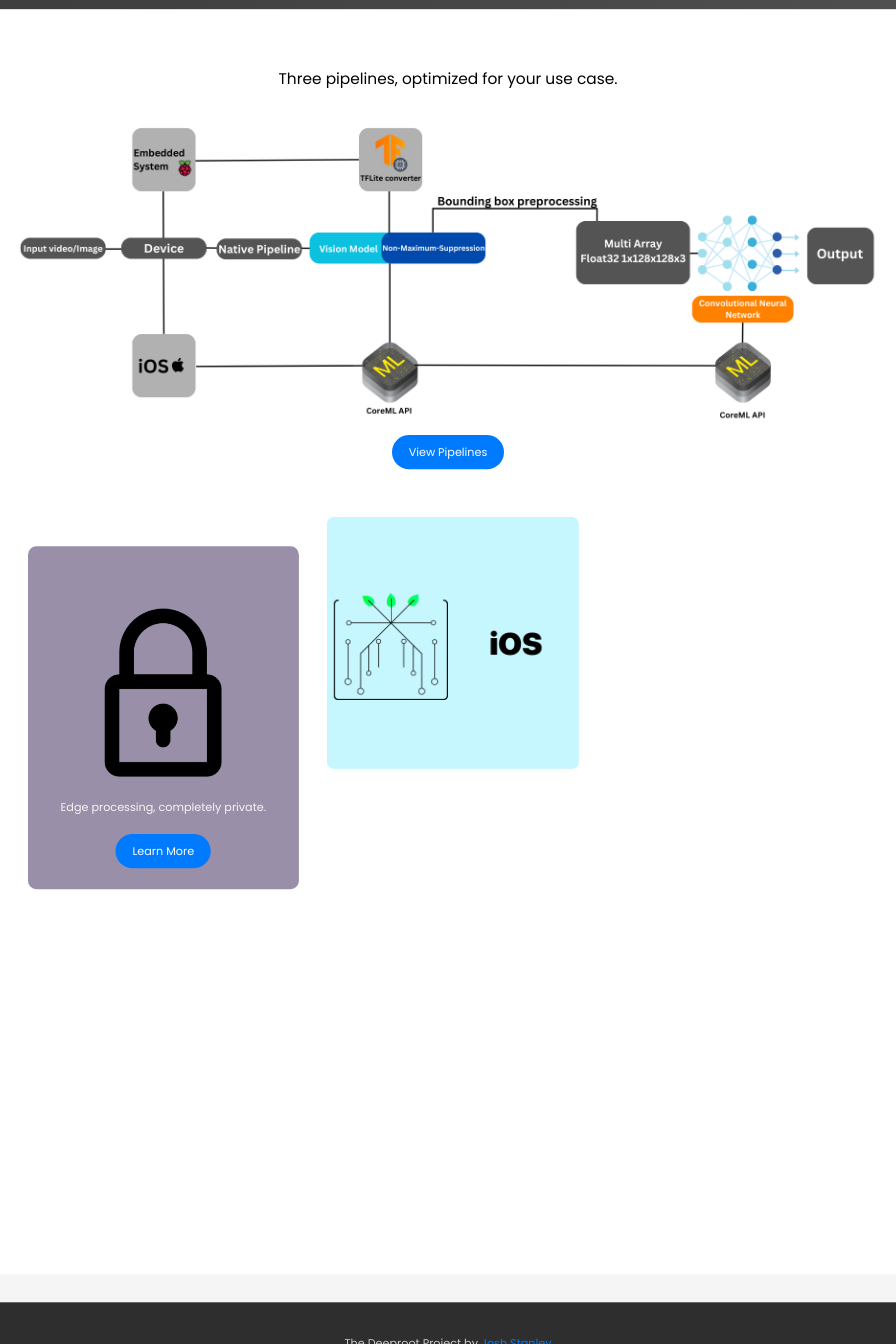
Repository: jss1118/The-Deeproot-Project
Page: Website/index.html
An editor plug-in stored every save of this project. The page is shown before and after the next save, followed by the edit.
The browser window is 1280 px wide. The pictures show the part of the page from y = 1169 to 3089 px (the page is 3212 px tall), at 70% of full size.

Above is the page before, as saved 2025-03-21 13:31:34.

### Website/index.html
<!DOCTYPE html>
<html lang="en">

<head>
  <meta charset="UTF-8">
  <meta name="viewport" content="width=device-width, initial-scale=1.0">
  <title>Deeproot A.I</title>
  <link href="https://fonts.googleapis.com/css2?family=Poppins:wght@400;600&display=swap" rel="stylesheet">
  <style>
    body {
      margin: 0;
      font-family: 'Poppins', sans-serif;
      overflow-x: hidden;
      background-color: #f5f5f5;
    }

    nav {
      background: rgba(22, 22, 22, 0.9);
      position: sticky;
      top: 0;
      width: 100%;
      z-index: 1000;
      display: flex;
      justify-content: center;
    }

    .navlinks {
      list-style: none;
      display: flex;
      gap: 30px;
      padding: 15px;
      margin: 0;
    }

    .navlink, .navicon svg {
      color: #d3d3d3;
      text-decoration: none;
      transition: color 0.3s;
    }

    .navlink:hover, .mainpagelink a:hover {
      color: white;
    }

    .mainpage2, .mainpage3, .mainpage4 {
      padding: 60px 20px;
      text-align: center;
    }

    .mainpage2 {
      background: linear-gradient(135deg, #2e2e2e, #4f4f4f);
      color: white;
    }

    .mainpage2 img, .mainpage3 img, .promo1 img {
      max-width: 100%;
      height: auto;

    }

    .mp2-title1 {
      font-size: 56px;
      font-weight: 600;
      margin-bottom: 15px;
    }

    .mp2-desc, .mp3desc {
      font-size: 22px;
      margin-bottom: 25px;
    }

    .mainpagelink a {
      display: inline-block;
      margin: 10px;
      padding: 12px 24px;
      background: #007aff;
      color: white;
      border-radius: 25px;
      text-decoration: none;
      transition: background 0.3s;
    }

    .mainpage3 {
      background: white;
    }

    .mainpage3 img {
      margin-top: 20px;
      border-radius: 12px;
    }

    .mainpage4 {
      display: grid;
      grid-template-columns: repeat(auto-fit, minmax(300px, 1fr));
      gap: 20px;
      background-color: white;
      padding: 40px;
    }

    .promo1, .promo2, .promo3, .promo4, .promo5, .promo6 {
      background-size: cover;
      background-position: center;
      height: 450px;
      display: flex;
      flex-direction: column;
      justify-content: flex-end;
      padding: 20px;
      color: white;
      border-radius: 12px;
      position: relative;
    }

    .promo1 img, .promo2 img, .promo3 img, .promo4 img, .promo5 img, .promo6 img {
      margin-bottom: 10px;
    }

    .promo1 {
      background-color: #9a8fa8;
      color: #f5f5f5;
    }

    .promo1 img {
      width: 240px;
      height: auto;
      margin: 0 auto 15px auto;
      display: block;
      background: none;
    }

    .promo2 img {
      width: 360px;
      height: 400px;
      margin: 0 auto 15px auto;
      display: block;
      border-radius: 10px;
      background-color: rgb(199, 247, 254);
      position: relative;
      bottom: 30px;
    }

    footer {
      background-color: #2e2e2e;
      color: #ccc;
      text-align: center;
      padding: 30px 20px;
      margin-top: 40px;
    }

    footer a {
      color: #007aff;
      text-decoration: underline;
    }

    @media (max-width: 768px) {
      .mp2-title1 { font-size: 40px; }
      .mp2-desc, .mp3desc { font-size: 18px; }
      .mainpagelink a { padding: 10px 20px; }
    }
  </style>
</head>

<body>
  <nav>
    <ul class="navlinks">
      <li><a class="navlink" href="/">iOS</a></li>
      <li><a class="navlink" href="/applestore">Raspberry Pi 5</a></li>
      <li><a class="navlink" href="/">Native</a></li>
      <li><a class="navlink" href="/">State-of-the-art Models</a></li>
      <li><a class="navlink" href="/">Developers</a></li>
    </ul>
  </nav>

  <section class="mainpage2">
    <h1 class="mp2-title1">Deeproot</h1>
    <p class="mp2-desc">Portable. Fast. Secure.</p>
    <p class="mp2-desc">The all-in-one automated solution for early plant disease detection.</p>
    <div class="mainpagelink"><a href="#">Learn More</a></div>
    <img src="wide logo.png" alt="Deeproot Logo">
  </section>

  <section class="mainpage3">
    <p class="mp3desc">Three pipelines, optimized for your use case.</p>
    <img src="newgraph.png" alt="Machine Learning Pipelines">
    <div class="mainpagelink"><a href="#">View Pipelines</a></div>
  </section>

  <section class="mainpage4">
    <div class="promo1">
      <img src="lock.fill.png" alt="Promo icon">
      <p>Edge processing, completely private.</p>
      <div class="mainpagelink"><a href="#">Learn More</a></div>
    </div>
    <div class="promo2">
      <img src="deeprootios.png" alt="ios icon">
      <p class="deeprootfont">Acess plant disease detection from the palm of your hand. No additional hardware required.</p>
    </div>


    <div class="promo3"></div>
    <div class="promo4"></div>
    <div class="promo5"></div>
    <div class="promo6"></div>
  </section>

  <footer>
    <p>The Deeproot Project by <a href="https://github.com/iamreiyn">Josh Stanley</a></p>
    <p>Deeproot started by Josh Stanley as an 8th grade science project and grew into a full application, helping farmers detect plant diseases early. It combines deep learning and computer vision to protect crops in a cost-effective and automated way.</p>
  </footer>
</body>
</html>

After the next save:
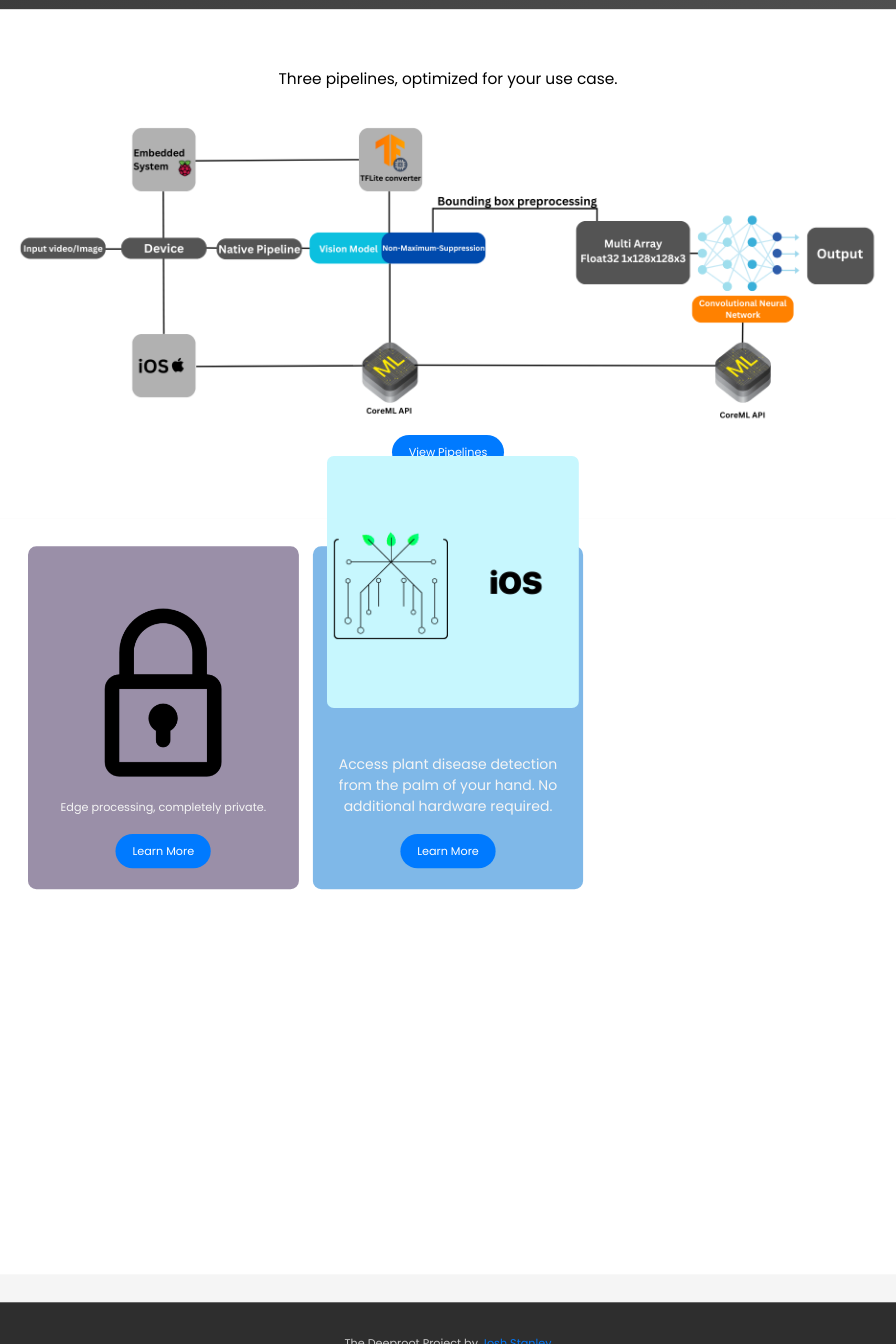
Saved 77 s later.
--- a/Website/index.html
+++ b/Website/index.html
@@ -118,6 +118,24 @@
       background-color: #9a8fa8;
       color: #f5f5f5;
     }
+    .promo2 {
+      background-color: #7fb8e8;
+      color: #f5f5f5;
+      background-size: cover;
+      background-position: center;
+      height: 450px;
+      display: flex;
+      flex-direction: column;
+      justify-content: flex-end;
+      padding: 20px;
+      border-radius: 12px;
+      position: relative;
+    }
+    .promo2 p {
+      font-size: 20px;
+      margin-bottom: 15px;
+    }
+
 
     .promo1 img {
       width: 240px;
@@ -192,8 +210,10 @@
     </div>
     <div class="promo2">
       <img src="deeprootios.png" alt="ios icon">
-      <p class="deeprootfont">Acess plant disease detection from the palm of your hand. No additional hardware required.</p>
+      <p>Access plant disease detection from the palm of your hand. No additional hardware required.</p>
+      <div class="mainpagelink"><a href="#">Learn More</a></div>
     </div>
+
 
 
     <div class="promo3"></div>
